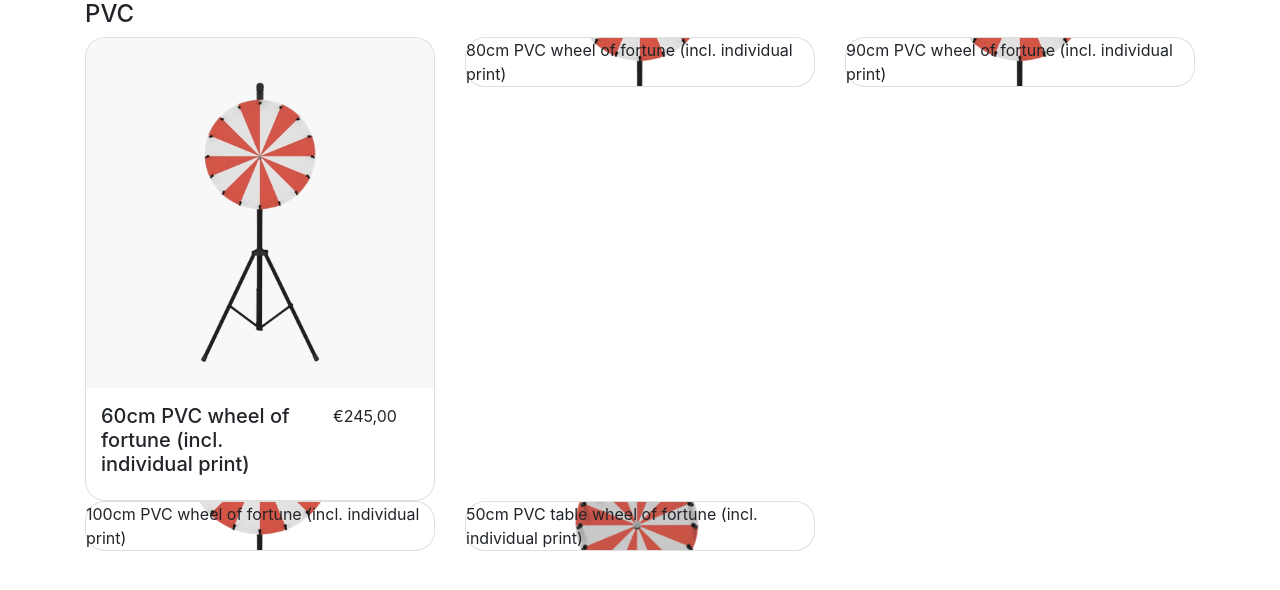
Repository: Awaisp-irfan/fahad-project
Page: pvc.html
An editor plug-in stored every save of this project. The page is shown before and after the next save, followed by the edit.
The browser window is 1280 px wide. The pictures show the whole page.

Above is the page before, as saved 2022-06-30 09:09:43.

After the next save:
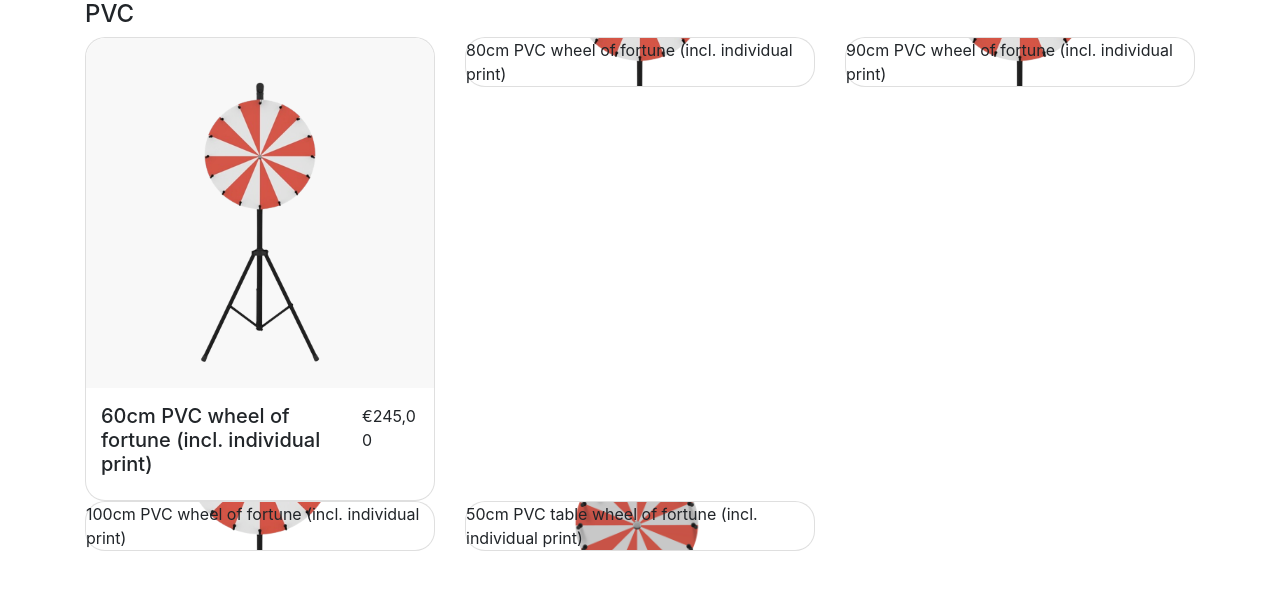
Saved 105 s later.
--- a/pvc.html
+++ b/pvc.html
@@ -31,8 +31,8 @@
                         </div>
                     </div>
                     <div class="cm60-content d-flex justify-content-between my-lg-3">
-                        <div class="col-lg-8 "><h5>60cm PVC wheel of fortune (incl. individual print)</h5></div>
-                         <div class="col-lg-4">€245,00</div>
+                        <div class="col-lg-9 "><h5>60cm PVC wheel of fortune (incl. individual print)</h5></div>
+                         <div class="col-lg-3">€245,00</div>
                     </div>
                 </div>
             </div>
